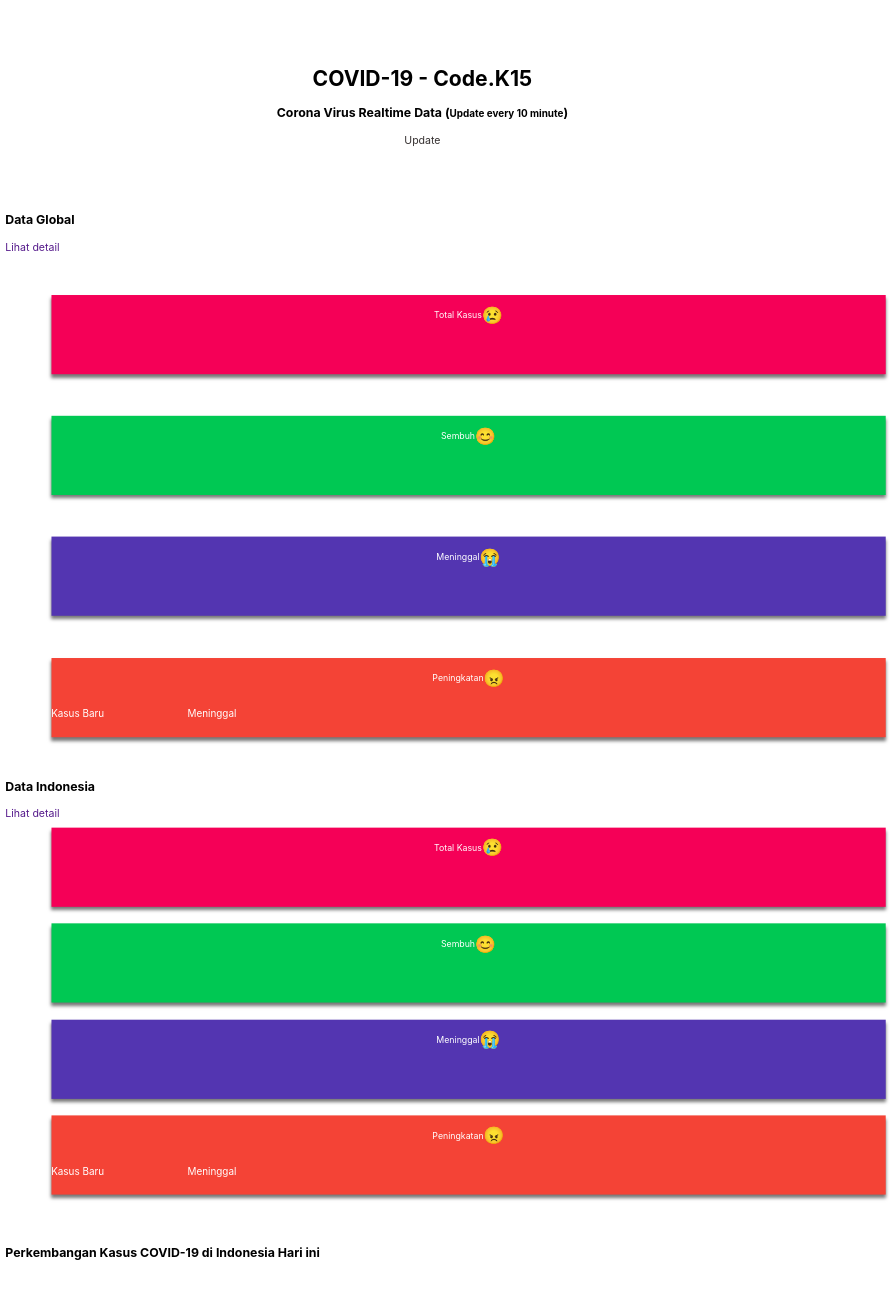
Repository: fathur15/covid19-monitoring
Page: http://localhost/covid19/apps/views/data/main/dashboard.php
The author's editor kept a copy of each file at every save. The page is drawn from the files as they stood at one save, then again after the next save.
The browser window is 1280 px wide. The page is 1348 px wide, so the pictures cover 1348 px, including what lies to the right of the window. The pictures show the whole page, at 66% of full size.
The page is run by PHP 8.4 with error messages shown; the project is at /var/www/html/.

Above is the page before, as saved 2020-04-17 11:31:56.

### apps/views/data/main/dashboard.php

<style>
    *{
        font-family: -apple-system, BlinkMacSystemFont, 'Segoe UI', Roboto, Oxygen, Ubuntu, Cantarell, 'Open Sans', 'Helvetica Neue', sans-serif
    }
    .resume p, h5{
        color: white;
        font-weight: 400;
    }
    .shadow-box{
        -webkit-box-shadow: 0 15px 10px #777;
        -moz-box-shadow: 0 15px 10px #777;
        box-shadow: 0 5px 5px #777;

    }
    .content-main-wrapper{
        margin: 5% 0;
    }
    /* .shadow-box:after{
        -webkit-transform: rotate(3deg);
        -moz-transform: rotate(3deg);
        -o-transform: rotate(3deg);
        -ms-transform: rotate(3deg);
        transform: rotate(3deg);
        right: 10px;
        left: auto;
    } */

</style>
<div class="content">
    <div class="heading" style="margin: 100px 30%; text-align: center">
        <h1>COVID-19 - Code.K15</h1>
        <h3>Corona Virus Realtime Data (<small style="font-size: 15px">Update every 10 minute</small>)</h3>
        <p id="date-update" style="color: #353030;">Update</p>
    </div>
    <div class="main">
        <div class="container">
            <div class="row content-main-wrapper">
                <div class="head-main-content">
                    <h3>Data Global</h3>
                    <a style="text-decoration: none" href="">Lihat detail  <i class="fas fa-long-arrow-alt-right" aria-hidden="true"></i></a>
                </div>
                <div id="resumeGlobal" class="row resume" style="width: 100%; margin: 0 5%" >
                        <div class ="col-sm-12 col-md-6 col-lg-6 col-xl-3">
                            <div class="card shadow-box" style="width: 100%; background: #f50057; margin:5% 0.5%; align-items: center; height: 120px ">
                                <div class="card-body">
                                    <div style="flex-direction: row; display: flex; justify-content: center; align-items: center">
                                        <h5 id="title-kasus-global" class="card-text">Total Kasus</h5>
                                        <span style="color: black; font-size: 25px; text-shadow: 0 0 0 yellow">&#x1F622</span>
                                    </div>
                                    <p class="card-text" id="kasus-global"></p>
                                </div>
                            </div>
                        </div>
                        <div class ="col-sm-12 col-md-6 col-lg-6 col-xl-3">
                            <div class="card shadow-box" style="width:100%; background: #00c853; margin: 5% 0.5%; align-items: center; height: 120px ">
                                <div class="card-body">
                                    <div style="flex-direction: row; display: flex; justify-content: center; align-items: center">
                                        <h5 id="title-kasus-global" class="card-text">Sembuh</h5>
                                        <span style="color: black; font-size: 25px; text-shadow: 0 0 0 yellow">&#x1F60A</span>
                                    </div>
                                    <p class="card-text" id="sembuh-global"></p>
                                    <!-- <p style="">Orang</p> -->
                                </div>
                            </div>
                        </div>
                        <div class ="col-sm-12 col-md-6 col-lg-6 col-xl-3">
                            <div class="card shadow-box" style="width: 100%; margin:5% 0.5%;height: 120px;align-items: center;  background :#5335b1">
                                <div class="card-body">
                                    <div style="flex-direction: row; display: flex; justify-content: center; align-items: center;">
                                        <h5 id="title-kasus-global" class="card-text">Meninggal</h5>
                                        <span style="color: black; font-size: 25px; text-shadow: 0 0 0 yellow">&#x1F62D</span>
                                    </div>
                                    <p class="card-text" id="meninggal-global"></p>
                                    <!-- <p style="">Orang</p> -->
                                </div>
                            </div>
                        </div>
                        <div class ="col-sm-12 col-md-6 col-lg-6 col-xl-3">
                            <div class="card shadow-box" style="width: 100%; margin:5% 0.5%; height: 120px; background: #f44336">
                                <div class="card-body">
                                    <div style="flex-direction: row; display: flex; justify-content: center; align-items: center;">
                                        <h5 id="title-kasus-global" class="card-text">Peningkatan</h5>
                                        <span style="color: black; font-size: 25px; text-shadow: 0 0 0 yellow">&#x1F620</span>
                                    </div>
                                    <div style="flex-direction: row; display: flex;">
                                        <p style="font-size: 15px">Kasus Baru</p>
                                        <p style="margin-left: 10%; font-size: 15px">Meninggal </p>
                                    </div>
                                    <div style="display: flex; margin-top: -9%">
                                        <p style="font-size: 15px" class="card-text" id="kasus-baru-global"></p>
                                        <p style="margin-left: 10%; font-size: 15px" class="card-text" id="meninggal-baru-global"></p>
                                    </div>
                                </div>
                            </div>
                        </div>
                    </div>
                </div>
            <div class="row content-main-wrapper" >
                <div class="head-main-content">
                    <h3>Data Indonesia</h3>
                    <a style="text-decoration: none" href="">Lihat detail  <i class="fas fa-long-arrow-alt-right" aria-hidden="true"></i></a>
                </div>
                 <div id="resumeIndonesia" class="row resume" style="width: 100%; margin: 0 5%;" >
                    <div class ="col-sm-12 col-md-6 col-lg-6 col-xl-3">
                        <div class="card shadow-box" style="width: 100%; background: #f50057; margin: 1% 0.5%; display: inline-block; align-items: center; height: 120px ">
                            <div class="card-body">
                                <div style="flex-direction: row; display: flex; justify-content: center; align-items: center">
                                    <h5 id="title-kasus-indonesia" class="card-text">Total Kasus</h5>
                                    <span style="color: black; font-size: 25px; text-shadow: 0 0 0 yellow">&#x1F622</span>
                                </div>
                                <p style="font-size: 14px" class="card-text" id="kasus-indonesia"></p>
                            </div>
                        </div>
                    </div>
                    <div class ="col-sm-12 col-md-6 col-lg-6 col-xl-3">
                        <div class="card shadow-box" style="width: 100%; background: #00c853; margin: 1% 0.5%; display: inline-block; align-items: center; height: 120px ">
                            <div class="card-body">
                                <div style="flex-direction: row; display: flex; justify-content: center; align-items: center">
                                    <h5 id="title-kasus-indonesia" class="card-text">Sembuh</h5>
                                    <span style="color: black; font-size: 25px; text-shadow: 0 0 0 yellow">&#x1F60A</span>
                                </div>
                                <p class="card-text" id="sembuh-indonesia"></p>
                            </div>
                        </div>
                    </div>
                    <div class ="col-sm-12 col-md-6 col-lg-6 col-xl-3">
                        <div class="card shadow-box" style="width: 100%; margin: 1% 0.5%; display: inline-block; height: 120px;align-items: center; background :#5335b1">
                            <div class="card-body">
                                <div style="flex-direction: row; display: flex; justify-content: center; align-items: center;">
                                    <h5 id="title-kasus-indonesia" class="card-text">Meninggal</h5>
                                    <span style="color: black; font-size: 25px; text-shadow: 0 0 0 yellow">&#x1F62D</span>
                                </div>
                                <p class="card-text" id="meninggal-indonesia"></p>
                            </div>
                        </div>
                    </div>
                    <div class ="col-sm-12 col-md-6 col-lg-6 col-xl-3">
                        <div class="card shadow-box" style="width: 100%; margin: 1% 0.5%; display: inline-block; height: 120px; background: #f44336">
                            <div class="card-body">
                                <div style="flex-direction: row; display: flex; justify-content: center; align-items: center;">
                                    <h5 id="title-kasus-indonesia" class="card-text">Peningkatan</h5>
                                    <span style="color: black; font-size: 25px; text-shadow: 0 0 0 yellow">&#x1F620</span>
                                </div>
                                <div style="flex-direction: row; display: flex;">
                                    <p style="font-size: 15px">Kasus Baru</p>
                                    <p style="margin-left: 10%; font-size: 15px">Meninggal </p>
                                </div>
                                <div style="display: flex; margin-top: -1%%">
                                    <p style="font-size: 15px" class="card-text" id="kasus-baru-indonesia"></p>
                                    <p style="margin-left: 10%; font-size: 15px" class="card-text" id="meninggal-baru-indonesia"></p>
                                </div>
                            </div>
                        </div>
                    </div>
                </div>
            </div>
            <div class="row content-main-wrapper" >
                <div class="head-main-content">
                    <h3>Perkembangan Kasus COVID-19 di Indonesia Hari ini</h3>
                </div>
            </div>
        </div>
    </div>
</div>

After the next save:
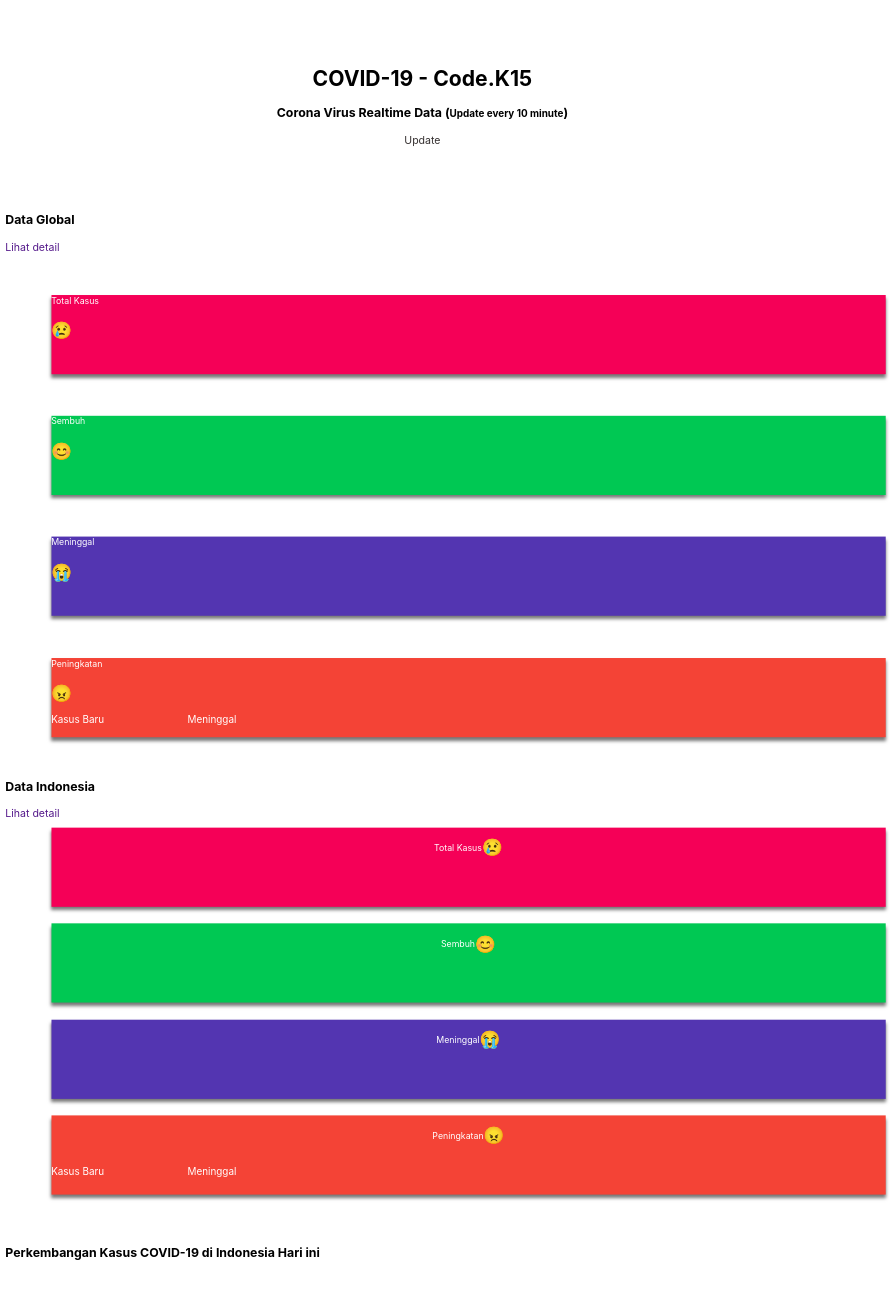
Saved 28 s later.
--- a/apps/views/data/main/dashboard.php
+++ b/apps/views/data/main/dashboard.php
@@ -44,7 +44,7 @@
                         <div class ="col-sm-12 col-md-6 col-lg-6 col-xl-3">
                             <div class="card shadow-box" style="width: 100%; background: #f50057; margin:5% 0.5%; align-items: center; height: 120px ">
                                 <div class="card-body">
-                                    <div style="flex-direction: row; display: flex; justify-content: center; align-items: center">
+                                    <div style="flex-direction: row; justify-content: center; align-items: center">
                                         <h5 id="title-kasus-global" class="card-text">Total Kasus</h5>
                                         <span style="color: black; font-size: 25px; text-shadow: 0 0 0 yellow">&#x1F622</span>
                                     </div>
@@ -55,7 +55,7 @@
                         <div class ="col-sm-12 col-md-6 col-lg-6 col-xl-3">
                             <div class="card shadow-box" style="width:100%; background: #00c853; margin: 5% 0.5%; align-items: center; height: 120px ">
                                 <div class="card-body">
-                                    <div style="flex-direction: row; display: flex; justify-content: center; align-items: center">
+                                    <div style="flex-direction: row; justify-content: center; align-items: center">
                                         <h5 id="title-kasus-global" class="card-text">Sembuh</h5>
                                         <span style="color: black; font-size: 25px; text-shadow: 0 0 0 yellow">&#x1F60A</span>
                                     </div>
@@ -67,7 +67,7 @@
                         <div class ="col-sm-12 col-md-6 col-lg-6 col-xl-3">
                             <div class="card shadow-box" style="width: 100%; margin:5% 0.5%;height: 120px;align-items: center;  background :#5335b1">
                                 <div class="card-body">
-                                    <div style="flex-direction: row; display: flex; justify-content: center; align-items: center;">
+                                    <div style="flex-direction: row; justify-content: center; align-items: center;">
                                         <h5 id="title-kasus-global" class="card-text">Meninggal</h5>
                                         <span style="color: black; font-size: 25px; text-shadow: 0 0 0 yellow">&#x1F62D</span>
                                     </div>
@@ -79,7 +79,7 @@
                         <div class ="col-sm-12 col-md-6 col-lg-6 col-xl-3">
                             <div class="card shadow-box" style="width: 100%; margin:5% 0.5%; height: 120px; background: #f44336">
                                 <div class="card-body">
-                                    <div style="flex-direction: row; display: flex; justify-content: center; align-items: center;">
+                                    <div style="flex-direction: row; justify-content: center; align-items: center;">
                                         <h5 id="title-kasus-global" class="card-text">Peningkatan</h5>
                                         <span style="color: black; font-size: 25px; text-shadow: 0 0 0 yellow">&#x1F620</span>
                                     </div>

After the 2 saves that followed:
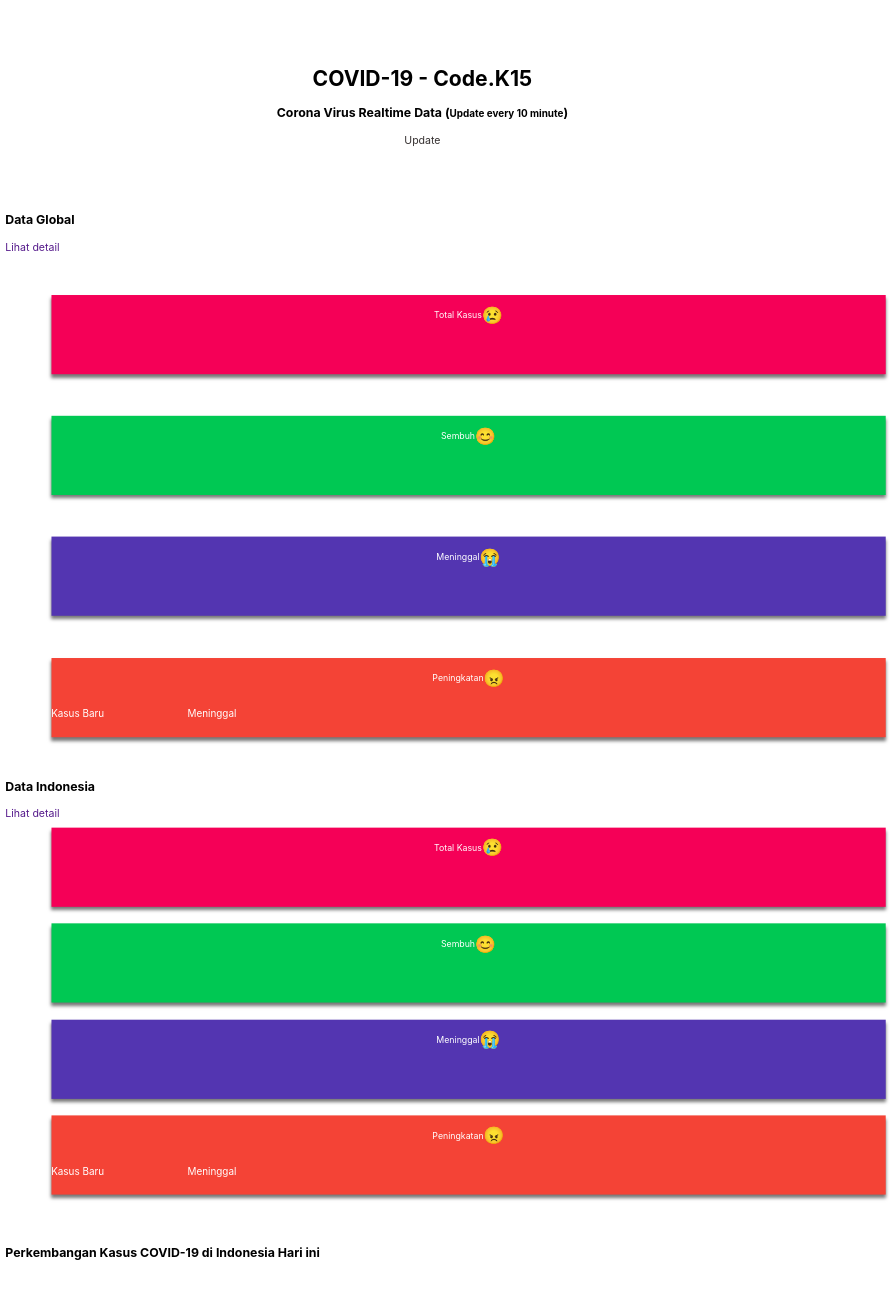
The 2 saves are shown as one change because 1 left the picture as it was.
The last was saved 53 s later.
--- a/apps/views/data/main/dashboard.php
+++ b/apps/views/data/main/dashboard.php
@@ -44,7 +44,7 @@
                         <div class ="col-sm-12 col-md-6 col-lg-6 col-xl-3">
                             <div class="card shadow-box" style="width: 100%; background: #f50057; margin:5% 0.5%; align-items: center; height: 120px ">
                                 <div class="card-body">
-                                    <div style="flex-direction: row; justify-content: center; align-items: center">
+                                    <div style="flex-direction: row; display: flex; justify-content: center; align-items: center">
                                         <h5 id="title-kasus-global" class="card-text">Total Kasus</h5>
                                         <span style="color: black; font-size: 25px; text-shadow: 0 0 0 yellow">&#x1F622</span>
                                     </div>
@@ -55,7 +55,7 @@
                         <div class ="col-sm-12 col-md-6 col-lg-6 col-xl-3">
                             <div class="card shadow-box" style="width:100%; background: #00c853; margin: 5% 0.5%; align-items: center; height: 120px ">
                                 <div class="card-body">
-                                    <div style="flex-direction: row; justify-content: center; align-items: center">
+                                    <div style="flex-direction: row; display: flex; justify-content: center; align-items: center">
                                         <h5 id="title-kasus-global" class="card-text">Sembuh</h5>
                                         <span style="color: black; font-size: 25px; text-shadow: 0 0 0 yellow">&#x1F60A</span>
                                     </div>
@@ -67,7 +67,7 @@
                         <div class ="col-sm-12 col-md-6 col-lg-6 col-xl-3">
                             <div class="card shadow-box" style="width: 100%; margin:5% 0.5%;height: 120px;align-items: center;  background :#5335b1">
                                 <div class="card-body">
-                                    <div style="flex-direction: row; justify-content: center; align-items: center;">
+                                    <div style="flex-direction: row; display: flex; justify-content: center; align-items: center;">
                                         <h5 id="title-kasus-global" class="card-text">Meninggal</h5>
                                         <span style="color: black; font-size: 25px; text-shadow: 0 0 0 yellow">&#x1F62D</span>
                                     </div>
@@ -79,7 +79,7 @@
                         <div class ="col-sm-12 col-md-6 col-lg-6 col-xl-3">
                             <div class="card shadow-box" style="width: 100%; margin:5% 0.5%; height: 120px; background: #f44336">
                                 <div class="card-body">
-                                    <div style="flex-direction: row; justify-content: center; align-items: center;">
+                                    <div style="flex-direction: row; display: flex; justify-content: center; align-items: center;">
                                         <h5 id="title-kasus-global" class="card-text">Peningkatan</h5>
                                         <span style="color: black; font-size: 25px; text-shadow: 0 0 0 yellow">&#x1F620</span>
                                     </div>
